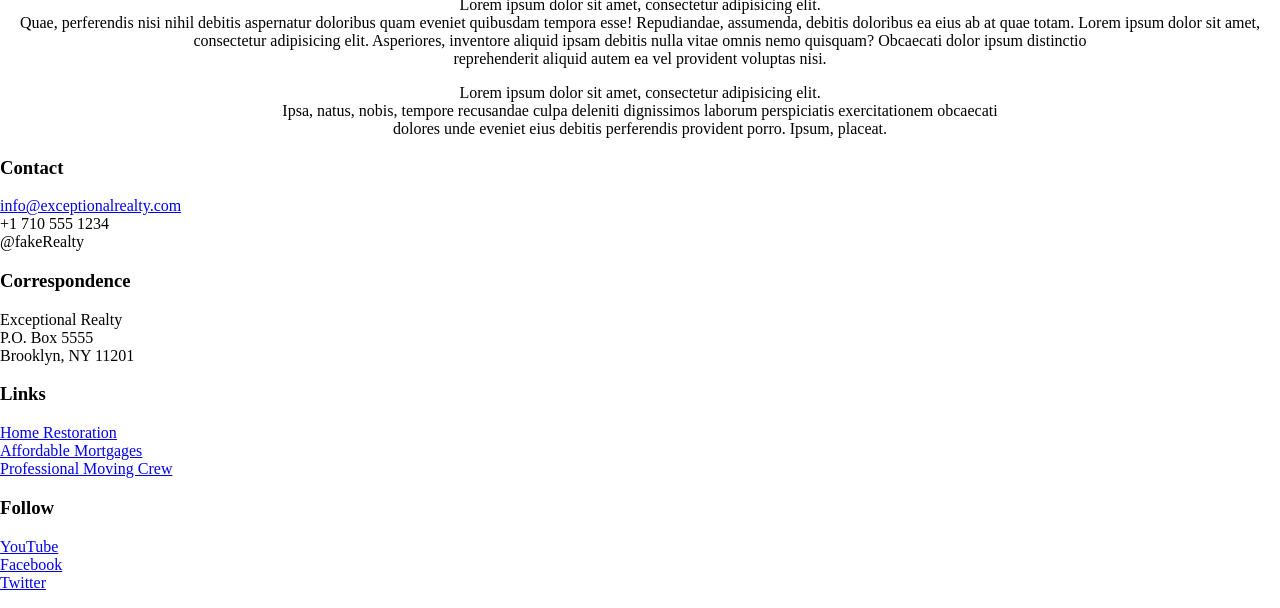
Repository: peterclermy232/phase-0-css-fundamentals-lab
Page: index.html
An editor plug-in stored every save of this project. The page is shown before and after the next save, followed by the edit.
The browser window is 1280 px wide. The pictures show the part of the page from y = 456 to 1064 px (the page is 1064 px tall).
A picture or video elsewhere on the page could not be fetched, so the positions and the page height are approximate.

Above is the page before, as saved 2022-05-29 19:39:42.

After the next save:
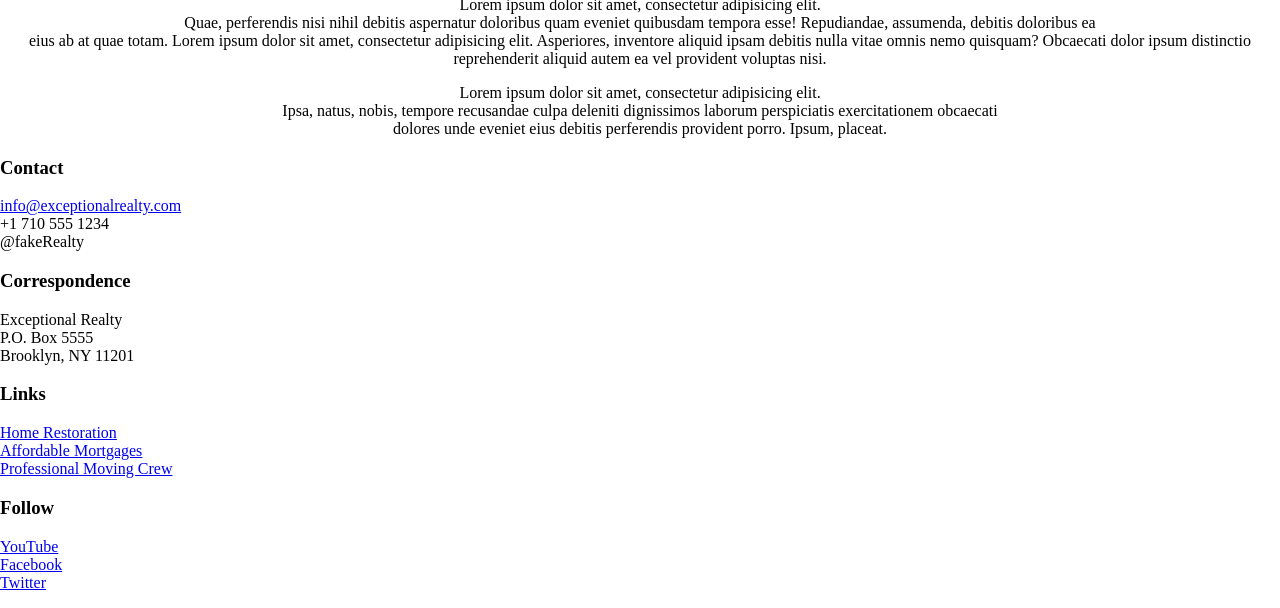
Saved 10 s later.
--- a/index.html
+++ b/index.html
@@ -27,7 +27,7 @@
         <figcaption>345 Carl Street Apt 12, Carrol Rd. Brooklyn, NY - Photo by Denise Richards.</figcaption>
       </figure>
 
-      <p class="text">Lorem ipsum dolor sit amet, consectetur adipisicing elit.<br> Quae, perferendis nisi nihil debitis aspernatur doloribus quam eveniet quibusdam tempora esse! Repudiandae, assumenda, debitis doloribus ea eius ab at quae totam. Lorem ipsum dolor sit amet, consectetur adipisicing elit. Asperiores, inventore aliquid ipsam debitis nulla vitae omnis nemo quisquam? Obcaecati dolor ipsum distinctio<br> reprehenderit aliquid autem ea vel provident voluptas nisi.</p>
+      <p class="text">Lorem ipsum dolor sit amet, consectetur adipisicing elit.<br> Quae, perferendis nisi nihil debitis aspernatur doloribus quam eveniet quibusdam tempora esse! Repudiandae, assumenda, debitis doloribus ea<br> eius ab at quae totam. Lorem ipsum dolor sit amet, consectetur adipisicing elit. Asperiores, inventore aliquid ipsam debitis nulla vitae omnis nemo quisquam? Obcaecati dolor ipsum distinctio<br> reprehenderit aliquid autem ea vel provident voluptas nisi.</p>
       <p class="text">Lorem ipsum dolor sit amet, consectetur adipisicing elit. <br>Ipsa, natus, nobis, tempore recusandae culpa deleniti dignissimos laborum perspiciatis exercitationem obcaecati<br> dolores unde eveniet eius debitis perferendis provident porro. Ipsum, placeat.</p>
     </section>
 
